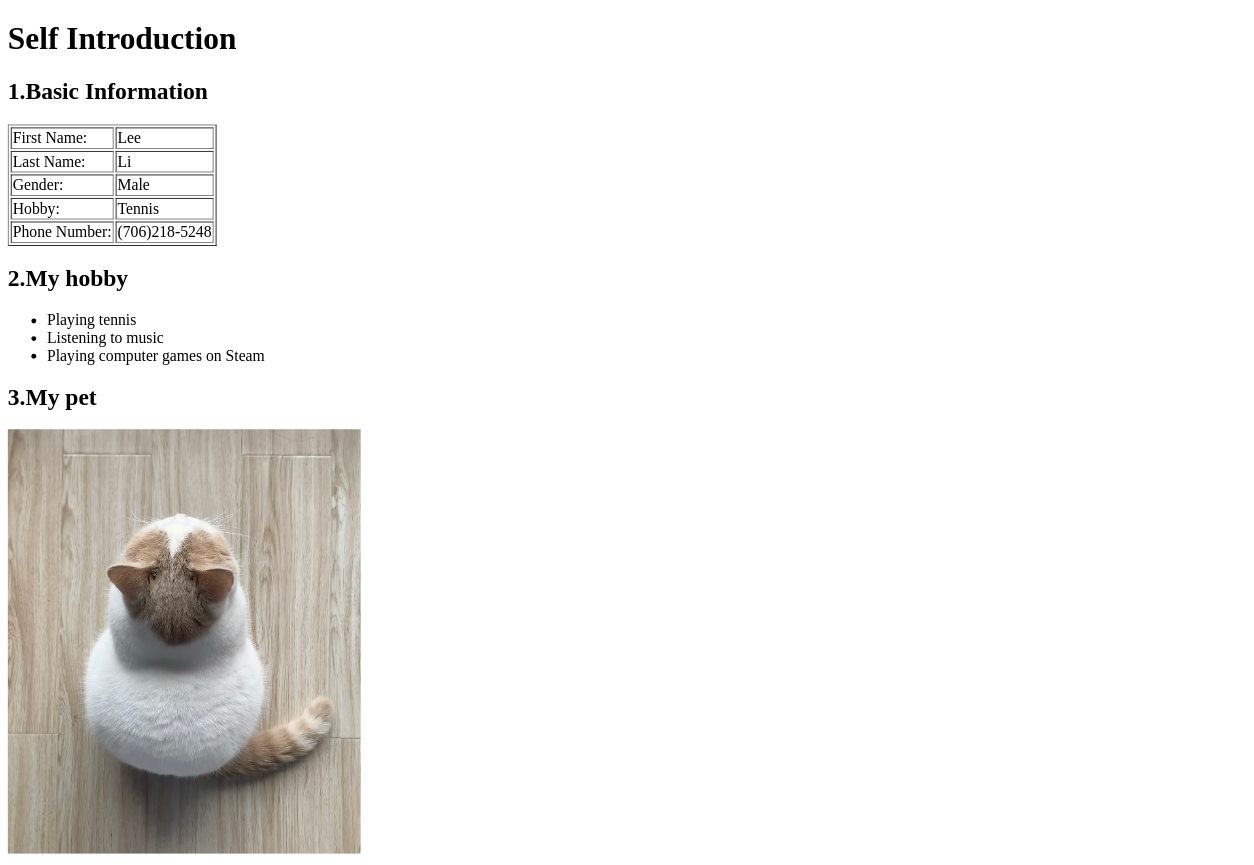
Repository: RigelLM/Java-Learning
Page: HomePage/public/Index.html
The author's editor kept a copy of each file at every save. The page is drawn from the files as they stood at one save, then again after the next save.
The browser window is 1280 px wide. The pictures show the whole page, at 98% of full size.

Above is the page before, as saved 2023-01-17 17:15:34.

### HomePage/public/Index.html
<?xml version="1.0" encoding="UTF-8" ?>
<!DOCTYPE html PUBLIC "-//W3C//DTD XHTML 1.0 Strict//EN" "http://www.w3.org/TR/xhtml1/DTD/xhtml1-strict.dtd">
<html xmlns="http://www.w3.org/1999/xhtml">
<head>
<meta http-equiv="Content-Type" content="text/html; charset=UTF-8" />



<title>Personal Information</title>
</head>
<body>
<h1>Self Introduction</h1>
<h2>1.Basic Information</h2>
<table border="1">
    <tr>
        <td>First Name:</td><td>Lee</td>
    </tr>
    <tr>
        <td>Last Name:</td><td>Li</td>
    </tr>
    <tr>
        <td>Gender:</td><td>Male</td>
    </tr>
    <tr>
        <td>Hobby:</td><td>Tennis</td>
    </tr>
    <tr>
        <td>Phone Number:</td><td>(706)218-5248</td>
    </tr>
</table>
<h2>2.My hobby</h2>
<ul>
<li>Playing tennis</li>
<li>Listening to music</li>
<li>Playing computer games on Steam</li>
</ul>
<h2>3.My pet</h2>
<img src="cat.jpg" alt="My Cat" width="360" height="433">
</body>
</html>

After the next save:
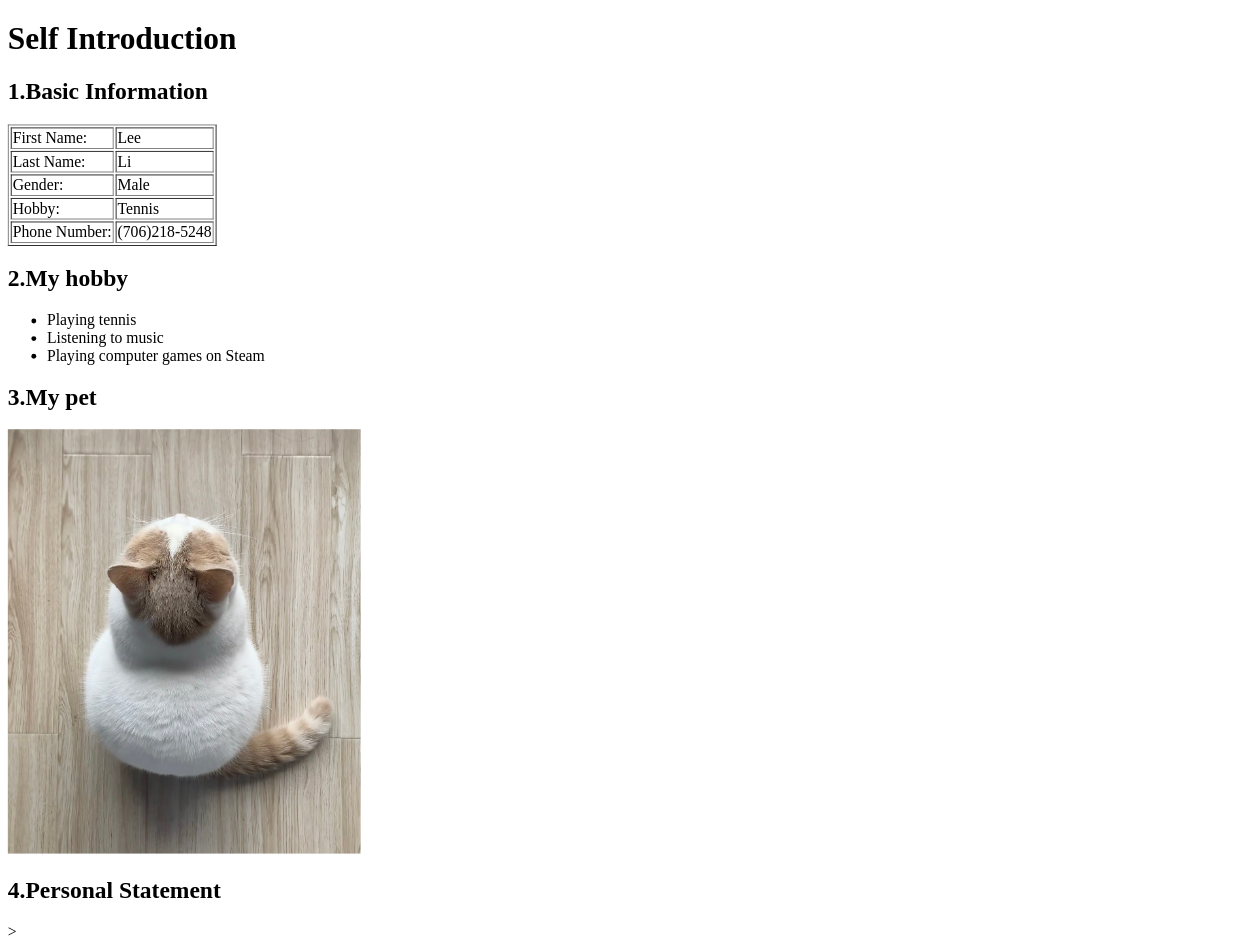
Saved 27 s later.
--- a/HomePage/public/Index.html
+++ b/HomePage/public/Index.html
@@ -36,5 +36,6 @@
 </ul>
 <h2>3.My pet</h2>
 <img src="cat.jpg" alt="My Cat" width="360" height="433">
+<h2>4.Personal Statement</h2>>
 </body>
 </html>
